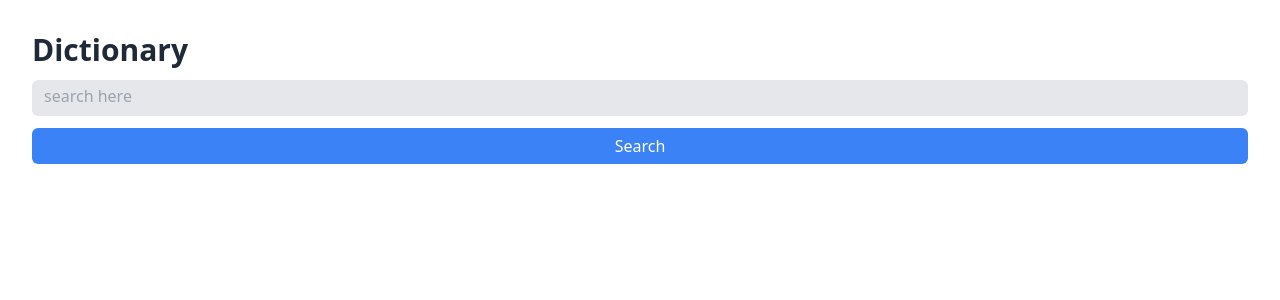
Repository: imokha01/dictionary-app
Page: /
These files come from the project's save history. The page is drawn as it stood at one moment and after the next save; the edit follows.
The browser window is 1280 px wide. The pictures show the whole page.
The project was rebuilt for these pictures with package versions that can differ from the ones it lists, and the page was loaded fresh each time. Also part of the build but not shown: vite.config.js, src/App.css.

Above is the page before, as saved 2024-02-19 10:57:12.

### src/App.jsx
import { useState } from 'react'
import './App.css'
import { Route, Routes, } from 'react-router-dom'
import Home from './pages/Home'



function App() {
  const [count, setCount] = useState(0)

  return (
    <>
      <Routes>
          <Route path='/' element={<Home/>}/>
      </Routes>
    </>
  )
}

export default App

### src/index.css
@tailwind base;
@tailwind components;
@tailwind utilities;

#root {
  margin: 0 auto;
  padding: 2rem;
  /* text-align: center; */
}

### src/pages/Home.jsx

const Home = () => {
    return (
        <div>
            <div className="flex flex-col gap-3">
                <h1 className="text-3xl  font-semibold">Dictionary</h1>
                <div className="flex flex-col gap-3">
                    <input className="bg-gray-200 rounded-md h-9 pl-3 pb-1" type="text" placeholder="search here" />
                    <button className="bg-blue-500 text-white rounded-md px-3 py-1.5">Search</button>
                </div>
            </div>
        </div>
    )
}

export default Home

### tailwind.config.js
/** @type {import('tailwindcss').Config} */
import daisyui from 'daisyui';
export default {
  content: [
    "./index.html",
    "./src/**/*.{js,ts,jsx,tsx}",
  ],
  theme: {
    extend: {},
  },
  plugins: [daisyui],
};

Loaded but not shown: index.html (common file); src/main.jsx (common file)

After the next save:
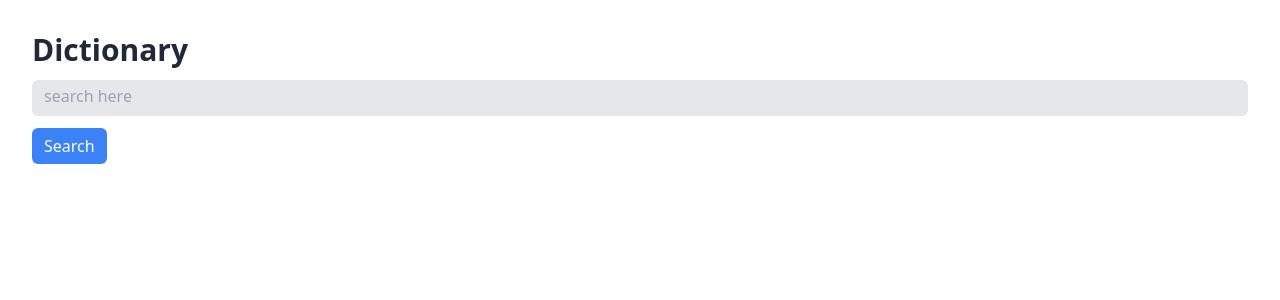
Saved 9 s later.
--- a/src/pages/Home.jsx
+++ b/src/pages/Home.jsx
@@ -6,7 +6,7 @@ const Home = () => {
                 <h1 className="text-3xl  font-semibold">Dictionary</h1>
                 <div className="flex flex-col gap-3">
                     <input className="bg-gray-200 rounded-md h-9 pl-3 pb-1" type="text" placeholder="search here" />
-                    <button className="bg-blue-500 text-white rounded-md px-3 py-1.5">Search</button>
+                    <button className="bg-blue-500 text-white rounded-md px-3 py-1.5 w-fit">Search</button>
                 </div>
             </div>
         </div>
